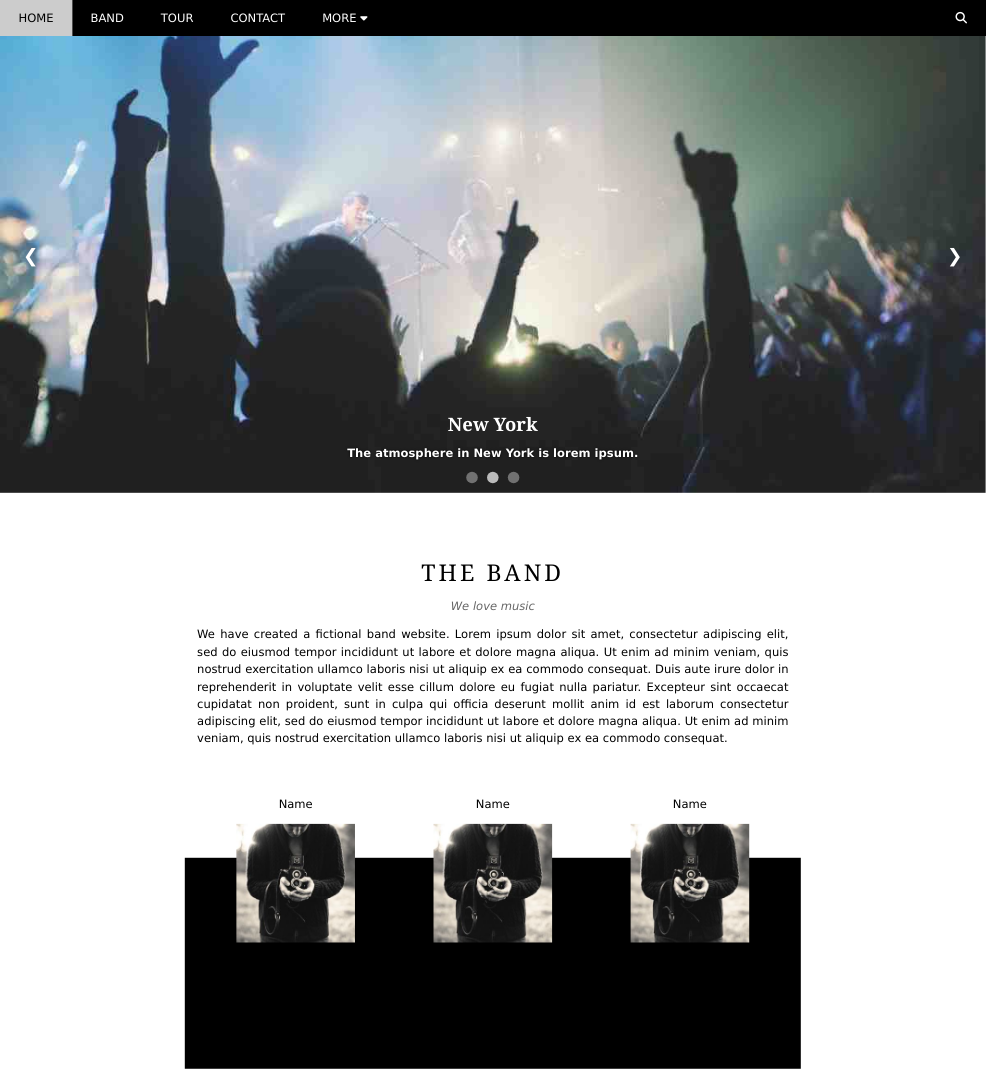
Repository: tam1512/The-Band
Page: index.html
An editor plug-in stored every save of this project. The page is shown before and after the next save, followed by the edit.
The browser window is 1280 px wide. The pictures show the whole page, at 77% of full size.
Some web libraries are served in a nearby version.

Above is the page before, as saved 2022-07-23 11:21:45.

After the next save:
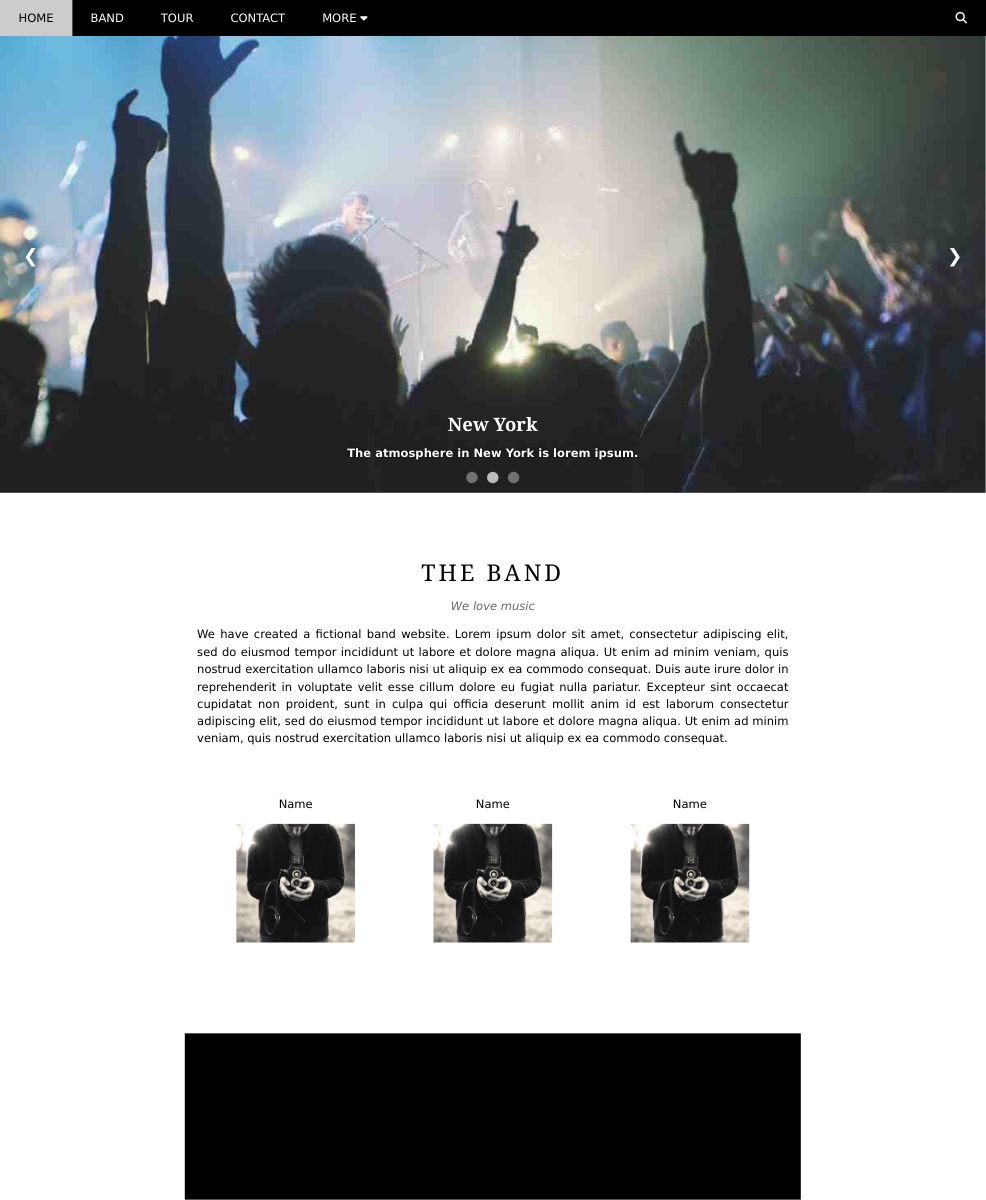
Saved 13 s later.
--- a/assets/css/style.css
+++ b/assets/css/style.css
@@ -267,7 +267,8 @@ li.header_nav_dropdown {
 /* Third image */
 
 .band_members:after {
-  content: " ";
+  content: "";
+  display: table;
   clear: both;
 }
 
